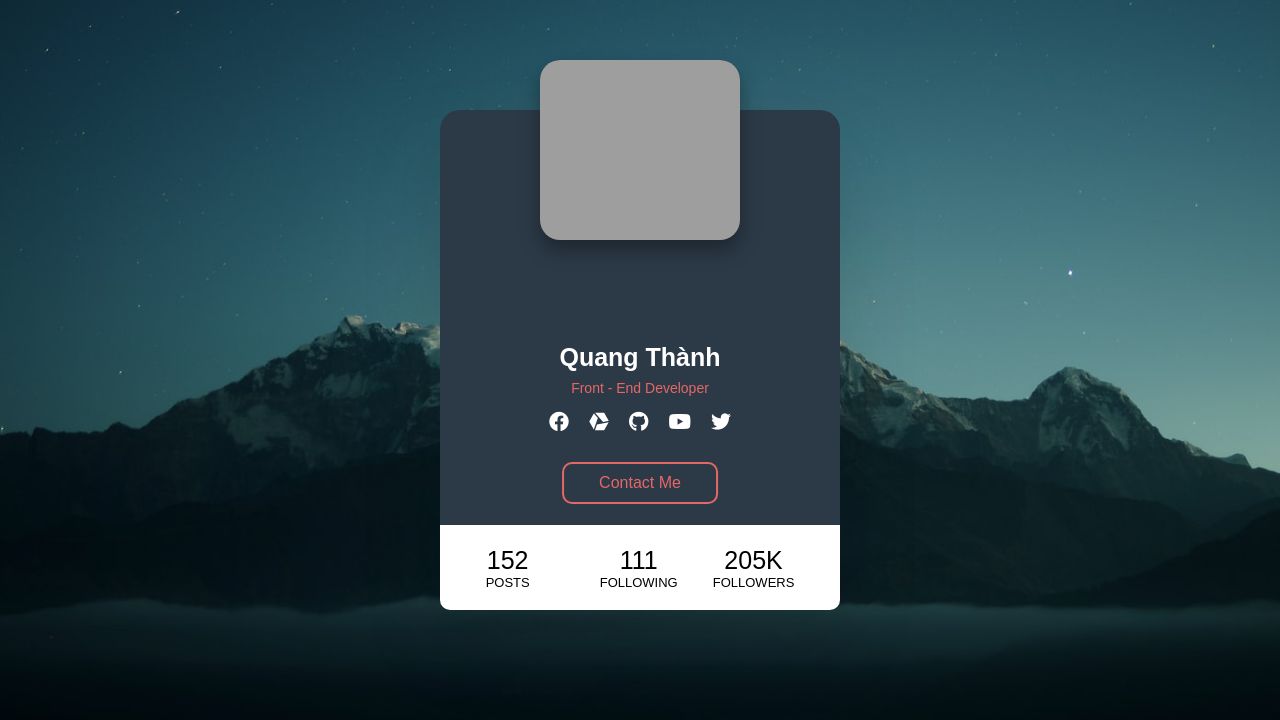
Repository: QuangThanh152/Profile-me
Page: index.html
An editor plug-in stored every save of this project. The page is shown before and after the next save, followed by the edit.
The browser window is 1280 px wide. The pictures show the whole page.
Pictures or frames that could not be fetched are drawn as grey boxes.

Above is the page before, as saved 2022-10-07 16:11:22.

### index.html
<!DOCTYPE html>
<html lang="en">
<head>
    <meta charset="UTF-8">
    <meta http-equiv="X-UA-Compatible" content="IE=edge">
    <meta name="viewport" content="width=device-width, initial-scale=1.0">
    <link rel="stylesheet" href="./accets/font/fontawesome-free-6.1.2-web/css/all.min.css">
    <link rel="stylesheet" href="./accets/main.css">
    <title>Profile-QT</title>
</head>
<body>
    <div class="card">
        <div class="card-header">
            <img src="./accets/img/IMG_20220202_135645.jpg" alt="" class="img-me">
        </div>
        <div class="content">
            <div class="name">Quang Thành</div>
            <div class="desc">Front - End Developer</div>
            <div class="SocialNetwork">
                <a href="" class="icon"><i class="fa-brands fa-facebook"></i></a>
                <a href="" class="icon"><i class="fa-brands fa-instalod"></i></i></a>
                <a href="" class="icon"><i class="fa-brands fa-github"></i></i></a>
                <a href="" class="icon"><i class="fa-brands fa-youtube"></i></i></a>
                <a href="" class="icon"><i class="fa-brands fa-twitter"></i></i></a>
            </div>
            <a href="" class="btn-contact">Contact Me</a>
        </div>
        <div class="card-footer">
            <div class="number">
                <div class="item">
                    <span>152</span>
                    Posts
                </div>
            </div>
            <div class="number">
                <div class="item">
                    <span>111</span>
                    Following
                </div>
            </div>
            <div class="number">
                <div class="item">
                    <span>205K</span>
                    Followers
                </div>
            </div>
        </div>
    </div>
</body>
</html>

### accets/main.css
* {
    padding: 0;
    margin: 0;
    box-sizing: border-box;
    font-family: 'Poppins', sans-serif;
    text-decoration: none;
}

body {
    min-height: 100vh;
    background: url(/accets/img/img-big.jpg) no-repeat center;
    background-size: cover;
    display: flex;
    justify-content: center;
    align-items: center;
}

.card {
    position: relative;
    width: 400px;
    /* height: 190px; */
    height: 500px;
    border-radius: 20px;
    background: #2c3a47;
    transition: 0.2s;
    box-shadow: 0 35px 80px rgba(0,0,0,0.15);
    /* overflow: hidden; */
}
.card:hover {
    height: 500px;
}
.card-header {
    position: absolute;
    background: rgb(21, 19, 19);
    left: 50%;
    top: -50px;
    transform: translateX(-50%);
    width: 200px;
    height: 180px;
    border-radius: 20px;
    box-shadow: 0 10px 20px rgba(0,0,0,0.35);
    overflow: hidden;
    transition: 0.3s;
}
.card:hover .card-header {
    width: 250px;
    height: 250px;
    transition: 0.2s;
}
.img-me {
    position: absolute;
    top: 0;
    left: 0;
    width: 100%;
    height: 100%;
    object-fit: cover;
}
.content {
    position: absolute;
    top: 45%;
    text-align: center;
    align-items: center;
    left: 50%;
    transform: translateX(-50%);
}
.name {
    font-size: 25px;
    font-weight: 600;
    padding: 8px;
    color: #fff;
}
.desc {
    font-size: 14px;
    padding: 0 0 15px 0;
    color: #e66767;
}
.SocialNetwork {
    display: flex;
    justify-content: center;
    margin: 0 0 18px 0;
}
.SocialNetwork a{
    font-size: 20px;
    color: white;
    padding: 0 10px 0;
}
.SocialNetwork a:hover {
    color: #e66767;
}

.btn-contact {
    display: inline-block;
    font-size: 16px;
    padding: 10px 35px;
    border: 2px solid #e66767;
    border-radius: 10px;
    color: #e66767;
    margin-top: 10px;
}
.btn-contact:hover {
    background-color: #e66767;
    color: #f2f2f2;
}
.card-footer{
    position: absolute;
    display: flex;
    justify-content: center;
    align-items: center;
    bottom: 0;
    background: #fff;
    width: 100%;
    height: 85px;
    border-bottom-left-radius: 10px;
    border-bottom-right-radius: 10px;
}
.number{
    display: flex;
    text-align: center;
    padding: 10px 35px;
}
.number:nth-child(3) {
    padding-left: 0;
}
.item{
    flex: 1;
    font-size: 13px;
    text-transform: uppercase;
}
.item span {
    display: block;
    font-size: 25px;
}

Loaded but not shown: accets/font/fontawesome-free-6.1.2-web/css/all.min.css (library)

After the next save:
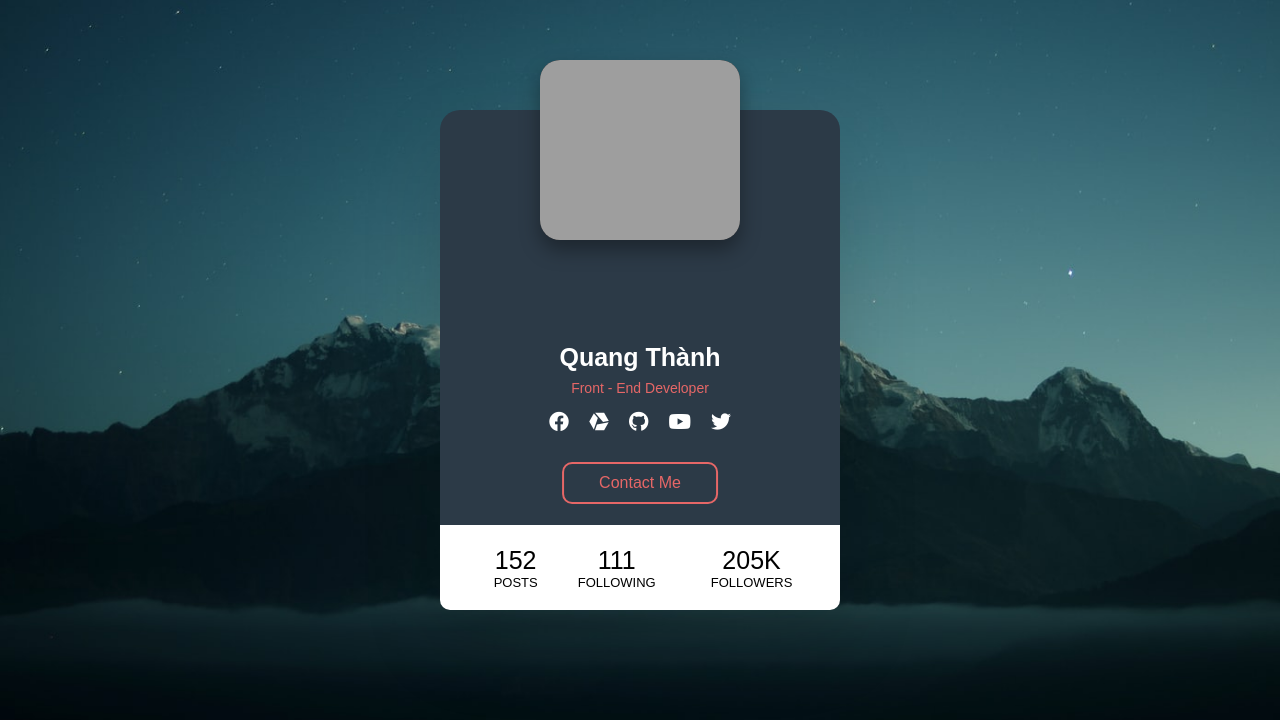
Saved 5 min 16 s later.
--- a/accets/main.css
+++ b/accets/main.css
@@ -118,8 +118,15 @@ body {
     text-align: center;
     padding: 10px 35px;
 }
+.number:nth-child(1) {
+    padding-right: 5px;
+}
+.number:nth-child(2) {
+    padding-right: 50px;
+}
 .number:nth-child(3) {
-    padding-left: 0;
+    padding-left: 5px;
+    padding-right: 29px;
 }
 .item{
     flex: 1;
